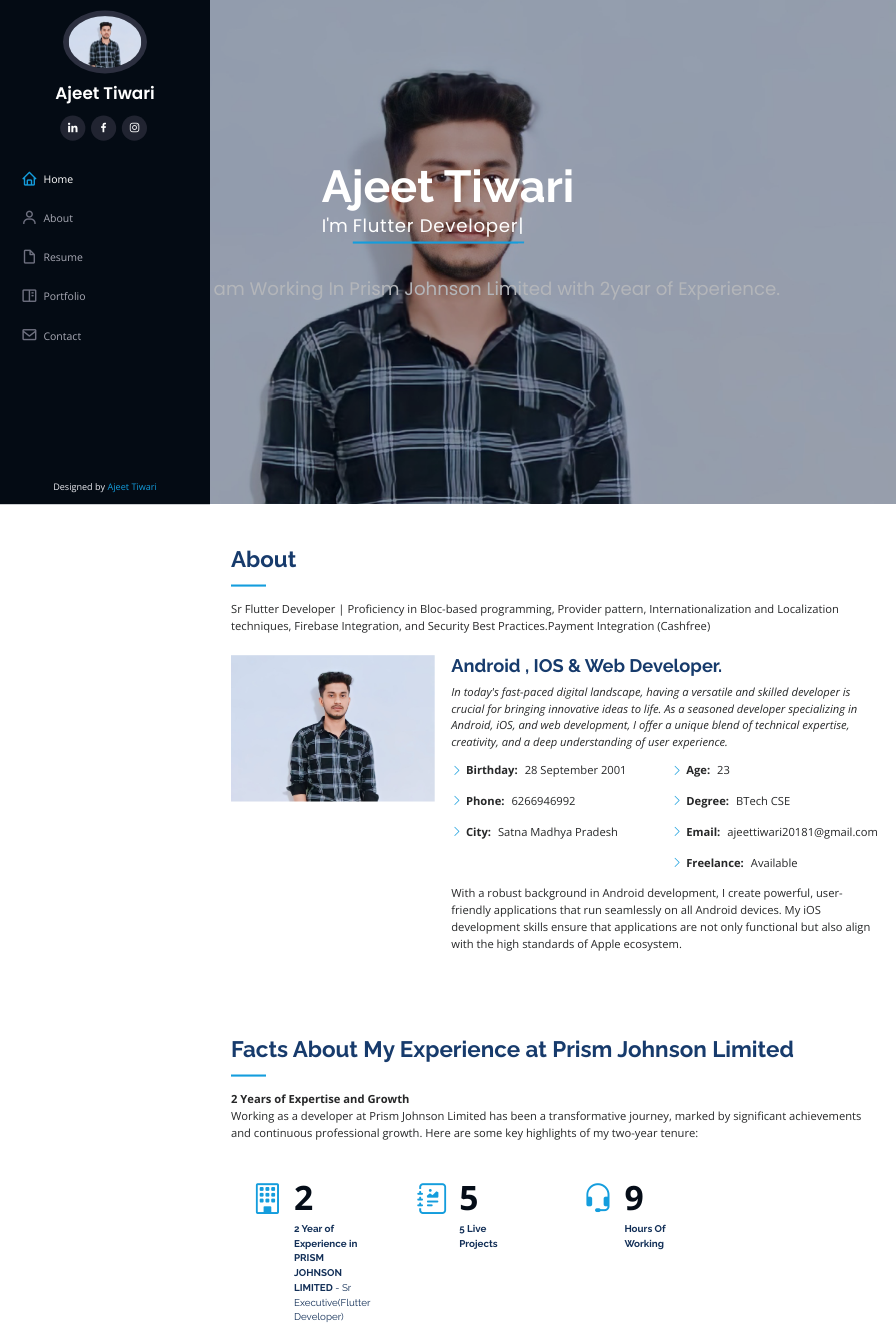
Repository: ajeettiwari-2809/iPortfolio
Page: index.html
An editor plug-in stored every save of this project. The page is shown before and after the next save, followed by the edit.
The browser window is 1280 px wide. The pictures show the part of the page from y = 0 to 1920 px (the page is 5395 px tall), at 70% of full size.
A picture or video elsewhere on the page could not be fetched, so the positions and the page height are approximate. Backgrounds fixed to the window are drawn as part of the page.

Above is the page before, as saved 2024-06-05 15:22:35.

### index.html
<!DOCTYPE html>
<html lang="en">

<head>
  <meta charset="utf-8">
  <meta content="width=device-width, initial-scale=1.0" name="viewport">

  <title>myportfolio</title>
  <meta content="" name="description">
  <meta content="" name="keywords">

  <!-- Favicons -->


  <!-- Google Fonts -->
  <link href="https://fonts.googleapis.com/css?family=Open+Sans:300,300i,400,400i,600,600i,700,700i|Raleway:300,300i,400,400i,500,500i,600,600i,700,700i|Poppins:300,300i,400,400i,500,500i,600,600i,700,700i" rel="stylesheet">

  <!-- Vendor CSS Files -->
  <link href="assets/vendor/aos/aos.css" rel="stylesheet">
  <link href="assets/vendor/bootstrap/css/bootstrap.min.css" rel="stylesheet">
  <link href="assets/vendor/bootstrap-icons/bootstrap-icons.css" rel="stylesheet">
  <link href="assets/vendor/boxicons/css/boxicons.min.css" rel="stylesheet">
  <link href="assets/vendor/glightbox/css/glightbox.min.css" rel="stylesheet">
  <link href="assets/vendor/swiper/swiper-bundle.min.css" rel="stylesheet">

  <!-- Template Main CSS File -->
  <link href="assets/css/style.css" rel="stylesheet">

  <!-- =======================================================
  * Template Name: iPortfolio
  * Template URL: https://bootstrapmade.com/iportfolio-bootstrap-portfolio-websites-template/
  * Updated: Mar 17 2024 with Bootstrap v5.3.3
  * Author: BootstrapMade.com
  * License: https://bootstrapmade.com/license/
  ======================================================== -->
</head>

<body>

  <!-- ======= Mobile nav toggle button ======= -->
  <i class="bi bi-list mobile-nav-toggle d-xl-none"></i>

  <!-- ======= Header ======= -->
  <header id="header">
    <div class="d-flex flex-column">

      <div class="profile">
        <img src="assets/img/ajeetimage.png" alt="" class="img-fluid rounded-circle">
        <h1 class="text-light"><a href="index.html">Ajeet Tiwari</a></h1>
        <div class="social-links mt-3 text-center">
          <a href="https://www.linkedin.com/in/ajeet-tiwari-01905920b?utm_source=share&utm_campaign=share_via&utm_content=profile&utm_medium=ios_app" class="linkedin"><i class="bx bxl-linkedin"></i></a>
          <a href="https://www.facebook.com/share/cY1Q29HqS226Du95/?mibextid=LQQJ4d" class="facebook"><i class="bx bxl-facebook"></i></a>
          <a href="https://www.instagram.com/ajeettiwari____?igsh=a3J4eXc4cG4yYWhu&utm_source=qr" class="instagram"><i class="bx bxl-instagram"></i></a>




        </div>
      </div>

      <nav id="navbar" class="nav-menu navbar">
        <ul>
          <li><a href="#hero" class="nav-link scrollto active"><i class="bx bx-home"></i> <span>Home</span></a></li>
          <li><a href="#about" class="nav-link scrollto"><i class="bx bx-user"></i> <span>About</span></a></li>
          <li><a href="#resume" class="nav-link scrollto"><i class="bx bx-file-blank"></i> <span>Resume</span></a></li>
          <li><a href="#portfolio" class="nav-link scrollto"><i class="bx bx-book-content"></i> <span>Portfolio</span></a></li>
          <!-- <li><a href="#services" class="nav-link scrollto"><i class="bx bx-server"></i> <span>Services</span></a></li> -->
          <li><a href="#contact" class="nav-link scrollto"><i class="bx bx-envelope"></i> <span>Contact</span></a></li>
        </ul>
      </nav><!-- .nav-menu -->
    </div>
  </header><!-- End Header -->

  <!-- ======= Hero Section ======= -->
  <section id="hero" class="d-flex flex-column justify-content-center align-items-center" style="background-image: url(assets/img/ajeetimage.png);">
    <div class="hero-container" data-aos="fade-in">
      <h1>Ajeet Tiwari</h1>
      <p>I'm <span class="typed" data-typed-items="Sr. Executive, Flutter Developer, Freelancer, Web Developer"></span></p>
    </div>
    <p>Currently I am Working In Prism Johnson Limited with 2year of Experience. </p>
  </section><!-- End Hero -->

  <main id="main">

    <!-- ======= About Section ======= -->
    <section id="about" class="about">
      <div class="container">

        <div class="section-title">
          <h2>About</h2>
          <p>Sr Flutter Developer | Proficiency in Bloc-based programming, Provider pattern, Internationalization and Localization techniques, Firebase Integration, and Security Best Practices.Payment Integration (Cashfree)</p>
        </div>

        <div class="row">
          <div class="col-lg-4" data-aos="fade-right">
            <img src="assets/img/ajeetimage.png" class="img-fluid" alt="">
          </div>
          <div class="col-lg-8 pt-4 pt-lg-0 content" data-aos="fade-left">
            <h3>Android , IOS &amp; Web Developer.</h3>
            <p class="fst-italic">
              In today's fast-paced digital landscape, having a versatile and skilled developer is crucial for bringing innovative ideas to life. As a seasoned developer specializing in Android, iOS, and web development, I offer a unique blend of technical expertise, creativity, and a deep understanding of user experience.
            </p>
            <div class="row">
              <div class="col-lg-6">
                <ul>
                  <li><i class="bi bi-chevron-right"></i> <strong>Birthday:</strong> <span>28 September 2001</span></li>

                  <li><i class="bi bi-chevron-right"></i> <strong>Phone:</strong> <span>6266946992</span></li>
                  <li><i class="bi bi-chevron-right"></i> <strong>City:</strong> <span>Satna Madhya Pradesh</span></li>
                </ul>
              </div>
              <div class="col-lg-6">
                <ul>
                  <li><i class="bi bi-chevron-right"></i> <strong>Age:</strong> <span>23</span></li>
                  <li><i class="bi bi-chevron-right"></i> <strong>Degree:</strong> <span>BTech CSE</span></li>
                  <li><i class="bi bi-chevron-right"></i> <strong>Email:</strong> <span>ajeettiwari20181@gmail.com</span></li>
                  <li><i class="bi bi-chevron-right"></i> <strong>Freelance:</strong> <span>Available</span></li>
                </ul>
              </div>
            </div>
            <p>
              With a robust background in Android development, I create powerful, user-friendly applications that run seamlessly on all Android devices.

            My iOS development skills ensure that applications are not only functional but also align with the high standards of Apple ecosystem.
            </p>
          </div>
        </div>

      </div>
    </section><!-- End About Section -->

    <!-- ======= Facts Section ======= -->
    <section id="facts" class="facts">
      <div class="container">

        <div class="section-title">
          <h2>Facts About My Experience at Prism Johnson Limited
          </h2>
          <b>2 Years of Expertise and Growth</b>
          <p>Working as a developer at Prism Johnson Limited has been a transformative journey, marked by significant achievements and continuous professional growth. Here are some key highlights of my two-year tenure:</p>
        </div>

        <div class="row no-gutters">

          <div class="col-lg-3 col-md-6 d-md-flex align-items-md-stretch" data-aos="fade-up">
            <div class="count-box">
              <i class="bi bi-building"></i>
 <span data-purecounter-start="0" data-purecounter-end="2 " data-purecounter-duration="1" class="purecounter"></span>
              <p><strong>2 Year of Experience in PRISM JOHNSON LIMITED</strong>  - Sr Executive(Flutter Developer)</p>
            </div>
          </div>

          <div class="col-lg-3 col-md-6 d-md-flex align-items-md-stretch" data-aos="fade-up" data-aos-delay="100">
            <div class="count-box">
              <i class="bi bi-journal-richtext"></i>
              <span data-purecounter-start="0" data-purecounter-end="5" data-purecounter-duration="1" class="purecounter"></span>
              <p><strong>5 Live  Projects</strong></p>
            </div>
          </div>

          <div class="col-lg-3 col-md-6 d-md-flex align-items-md-stretch" data-aos="fade-up" data-aos-delay="200">
            <div class="count-box">
              <i class="bi bi-headset"></i>
              <span data-purecounter-start="0" data-purecounter-end="9" data-purecounter-duration="1" class="purecounter"></span>
              <p><strong>Hours Of Working</strong> </p>
            </div>
          </div>



        </div>

      </div>
    </section><!-- End Facts Section -->

    <!-- ======= Skills Section ======= -->
    <section id="skills" class="skills section-bg">
      <div class="container">

        <div class="section-title">
          <h2>Comprehensive Skill Set: Your Go-To Developer for Android, iOS, and Web Solutions</h2>
          <b>Mastering the Art of Development</b>
          <p>In the dynamic field of technology, having a diverse and robust skill set is essential to stay ahead of the curve. With a solid foundation and continuous learning, I have developed a comprehensive range of skills across Android, iOS, and web development. Here’s a detailed look at my key competencies:</p>
        </div>

        <div class="row skills-content">

          <div class="col-lg-6" data-aos="fade-up">

            <div class="progress">
              <span class="skill">FLUTTER & DART   <i class="val">100%</i></span>
              <div class="progress-bar-wrap">
                <div class="progress-bar" role="progressbar" aria-valuenow="100" aria-valuemin="0" aria-valuemax="100"></div>
              </div>
            </div>

            <div class="progress">
              <span class="skill">HTML & CSS <i class="val">95%</i></span>
              <div class="progress-bar-wrap">
                <div class="progress-bar" role="progressbar" aria-valuenow="90" aria-valuemin="0" aria-valuemax="100"></div>
              </div>
            </div>

            <div class="progress">
              <span class="skill">Java<i class="val">70%</i></span>
              <div class="progress-bar-wrap">
                <div class="progress-bar" role="progressbar" aria-valuenow="75" aria-valuemin="0" aria-valuemax="100"></div>
              </div>
            </div>

          </div>

          <div class="col-lg-6" data-aos="fade-up" data-aos-delay="100">

            <div class="progress">
              <span class="skill">ANGULAR <i class="val">90%</i></span>
              <div class="progress-bar-wrap">
                <div class="progress-bar" role="progressbar" aria-valuenow="80" aria-valuemin="0" aria-valuemax="100"></div>
              </div>
            </div>

            <div class="progress">
              <span class="skill">DATA STRUCTURE & ALGORITHAM<i class="val">50%</i></span>
              <div class="progress-bar-wrap">
                <div class="progress-bar" role="progressbar" aria-valuenow="90" aria-valuemin="0" aria-valuemax="100"></div>
              </div>
            </div>



          </div>

        </div>

      </div>
    </section><!-- End Skills Section -->

   <!-- REsume section -->

    <section id="resume" class="resume">
      <div class="container">

        <div class="section-title">
          <h2>Resume</h2>
          <p>Versatile Android, iOS, and Web Developer with Proven Track Record in Delivering High-Quality Projects On Time.</p>
        </div>

        <div class="row">
          <div class="col-lg-12" data-aos="fade-up">
            <iframe src="assets/resume.pdf" width="100%" height="600px" style="border: none;"></iframe>
          </div>
        </div>

      </div>
    </section>


    <!-- ======= Portfolio Section ======= -->
    <section id="portfolio" class="portfolio section-bg">
      <div class="container">

        <div class="section-title">
          <h2>My Portfolio: Showcasing Innovation and Excellence in Android, iOS, and Web Development</h2>
          <p>As a dedicated developer with a passion for creating seamless and impactful digital experiences, my portfolio is a testament to my skills, creativity, and commitment to excellence. Here, you'll find a selection of my most significant projects, each highlighting my expertise in Android, iOS, and web development.</p>
        </div>

        <div class="row" data-aos="fade-up">
          <div class="col-lg-12 d-flex justify-content-center">
            <ul id="portfolio-flters">
              <li data-filter="*" class="filter-active">All</li>
              <li data-filter=".filter-app">App</li>

              <li data-filter=".filter-web">Web</li>
            </ul>
          </div>
        </div>

        <div class="row portfolio-container" data-aos="fade-up" data-aos-delay="100">

          <div class="col-lg-4 col-md-6 portfolio-item filter-app">
            <div class="portfolio-wrap"  style="height: 300px;">
              <img src="https://encrypted-tbn0.gstatic.com/images?q=tbn:ANd9GcQEhpZyL2tw1JmrYVNpmJJKZMkWOTEFITJp1g&s" class="img-fluid" alt="">
              <div class="portfolio-links">
                <a href="https://play.google.com/store/search?q=prism%20aspire&c=apps&hl=en-IN"  title="Prism Aspire"><i class="bx bxl-android"></i>
                </a>
                <a href="aspire.html" title="More Details"><i class="bx bx-link"></i></a>
              </div>
            </div>
          </div>

          <div class="col-lg-4 col-md-6 portfolio-item filter-app">
            <div class="portfolio-wrap"  style="height: 300px;">
              <img src="assets/img/insapp.png" class="img-fluid" alt="">
              <div class="portfolio-links">
                <a href="https://play.google.com/store/apps/details?id=com.seva.indica&hl=en-IN"  title="Indica Labs"><i class="bx bxl-android"></i>
                </a>
                <a href="" title="More Details"><i class="bx bx-link"></i></a>
              </div>
            </div>
          </div>

          <div class="col-lg-4 col-md-6 portfolio-item filter-web">
            <div class="portfolio-wrap">
              <img src="assets/img/aspireweb.png" class="img-fluid" alt="">
              <div class="portfolio-links">
                <a href="https://aspire.prismcement.com/" title="Web 3"><i class="bx bx-plus"></i></a>
                <a href="aspireweb.html" title="More Details"><i class="bx bx-link"></i></a>
              </div>
            </div>
          </div>





          <div class="col-lg-4 col-md-6 portfolio-item filter-web">
            <div class="portfolio-wrap">
              <img src="assets/img/aspireweb1.png"class="img-fluid" alt="">
              <div class="portfolio-links">
                <a href="https://asms.prismcement.com/" title="Web 2"><i class="bx bx-plus"></i></a>
                <a href="asms.html" title="More Details"><i class="bx bx-link"></i></a>
              </div>
            </div>
          </div>







          <div class="col-lg-4 col-md-6 portfolio-item filter-web">
            <div class="portfolio-wrap">
              <img src="assets/img/indweb.png" class="img-fluid" alt="">
              <div class="portfolio-links">
                <a href="https://www.indicalabs.in/"  title="Web 3"><i class="bx bx-plus"></i></a>
                <a href="" title="More Details"><i class="bx bx-link"></i></a>
              </div>
            </div>
          </div>

        </div>

      </div>
    </section><!-- End Portfolio Section -->

    <!-- ======= Services Section ======= -->

    <!-- ======= Testimonials Section ======= -->


    <!-- ======= Contact Section ======= -->
    <section id="contact" class="contact">
      <div class="container">

        <div class="section-title">
          <h2>Contact Details</h2>
          <p>Having clear and accessible contact details is essential for any business or organization. It facilitates communication between the business and its customers, partners, or any interested parties.</p>
        </div>

        <div class="row" data-aos="fade-in">

          <div class="col-lg-5 d-flex align-items-stretch">
            <div class="info">
              <div class="address">
                <i class="bi bi-geo-alt"></i>
                <h4>Location:</h4>
                <p>SATNA MADHYA PRADESH , north pateri (near VITS Collage)</p>
              </div>

              <div class="email">
                <i class="bi bi-envelope"></i>
                <h4>Email:</h4>
                <p>ajeettiwari20181@gmail.com</p>
              </div>

              <div class="phone">
                <i class="bi bi-phone"></i>
                <h4>Call:</h4>
                <p>6266946992</p>
              </div>

              <iframe
              src="https://www.google.com/maps/embed?pb=!1m18!1m12!1m3!1d3650.9641726063856!2d80.8057675!3d24.580446!2m3!1f0!2f0!3f0!3m2!1i1024!2i768!4f13.1!3m3!1m2!1s0x3983807ecde0a2d7%3A0x99a9d33eb61fc70d!2sNorth+Pateri%2C+Satna%2C+Madhya+Pradesh+485001!5e0!3m2!1sen!2sin!4v1624269371519!5m2!1sen!2sin"
              width="600"
              height="450"
              style="border:0;"
              allowfullscreen=""
              loading="lazy"
            ></iframe>
            </div>

          </div>



        </div>

      </div>
    </section><!-- End Contact Section -->

  </main><!-- End #main -->

  <!-- ======= Footer ======= -->
  <footer id="footer">
    <div class="container">

      <div class="credits">
        <!-- All the links in the footer should remain intact. -->
        <!-- You can delete the links only if you purchased the pro version. -->
        <!-- Licensing information: https://bootstrapmade.com/license/ -->
        <!-- Purchase the pro version with working PHP/AJAX contact form: https://bootstrapmade.com/iportfolio-bootstrap-portfolio-websites-template/ -->
        Designed by <a href="">Ajeet Tiwari</a>
      </div>
    </div>
  </footer><!-- End  Footer -->

  <a href="#" class="back-to-top d-flex align-items-center justify-content-center"><i class="bi bi-arrow-up-short"></i></a>

  <!-- Vendor JS Files -->
  <script src="assets/vendor/purecounter/purecounter_vanilla.js"></script>
  <script src="assets/vendor/aos/aos.js"></script>
  <script src="assets/vendor/bootstrap/js/bootstrap.bundle.min.js"></script>
  <script src="assets/vendor/glightbox/js/glightbox.min.js"></script>
  <script src="assets/vendor/isotope-layout/isotope.pkgd.min.js"></script>
  <script src="assets/vendor/swiper/swiper-bundle.min.js"></script>
  <script src="assets/vendor/typed.js/typed.umd.js"></script>
  <script src="assets/vendor/waypoints/noframework.waypoints.js"></script>
  <script src="assets/vendor/php-email-form/validate.js"></script>

  <!-- Template Main JS File -->
  <script src="assets/js/main.js"></script>

</body>

</html>

Loaded but not shown: assets/vendor/aos/aos.css (library); assets/vendor/bootstrap/css/bootstrap.min.css (library); assets/vendor/bootstrap-icons/bootstrap-icons.css (library); assets/vendor/boxicons/css/boxicons.min.css (library); assets/vendor/glightbox/css/glightbox.min.css (library); assets/vendor/swiper/swiper-bundle.min.css (library); assets/vendor/purecounter/purecounter_vanilla.js (library); assets/vendor/aos/aos.js (library); assets/vendor/bootstrap/js/bootstrap.bundle.min.js (library); assets/vendor/glightbox/js/glightbox.min.js (library); assets/vendor/isotope-layout/isotope.pkgd.min.js (library); assets/vendor/swiper/swiper-bundle.min.js (library); assets/vendor/typed.js/typed.umd.js (library); assets/vendor/waypoints/noframework.waypoints.js (library); assets/vendor/php-email-form/validate.js (common file); assets/js/main.js (263 lines, source omitted); assets/css/style.css (1106 lines, source omitted)

After the next save:
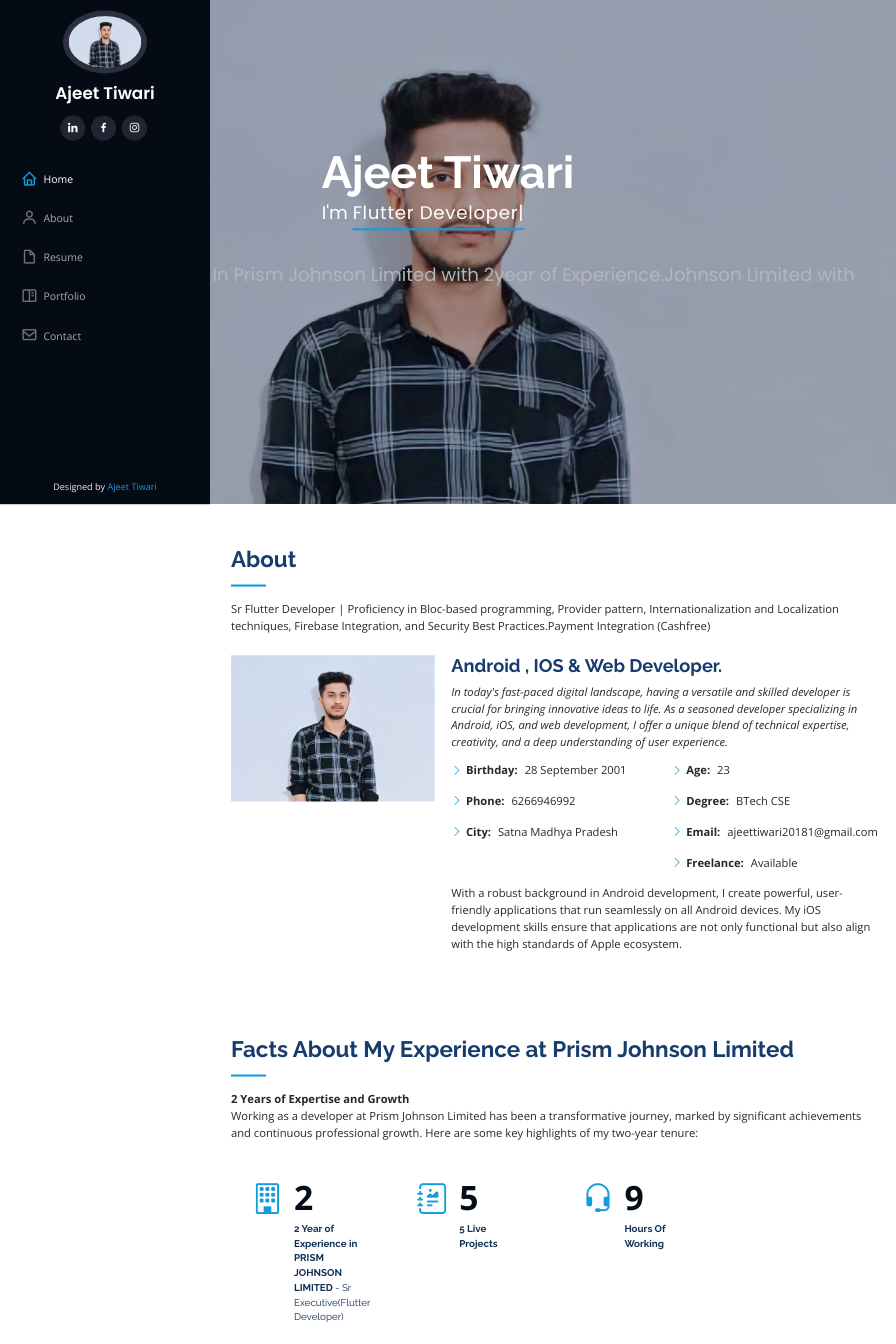
Saved 84 s later.
--- a/index.html
+++ b/index.html
@@ -77,7 +77,7 @@
       <h1>Ajeet Tiwari</h1>
       <p>I'm <span class="typed" data-typed-items="Sr. Executive, Flutter Developer, Freelancer, Web Developer"></span></p>
     </div>
-    <p>Currently I am Working In Prism Johnson Limited with 2year of Experience. </p>
+    <p>Currently I am Working In Prism Johnson Limited with 2year of Experience.Johnson Limited with 2year of Experience. </p>
   </section><!-- End Hero -->
 
   <main id="main">
